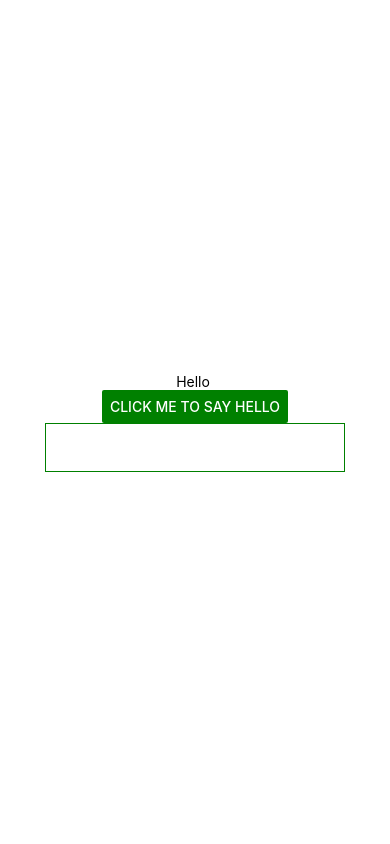
Repository: duongnoob23/WIND_SPEED_IOT
Screen: /
These files come from the project's save history. The screen is drawn as it stood at one moment and after the next save; the edit follows.
The app was drawn by React Native's web renderer in a window 390 px wide. The project was rebuilt for these pictures with package versions that can differ from the ones it lists, and the page was loaded fresh each time.

Above is the screen before, as saved 2025-03-10 15:40:50.

After the next save:
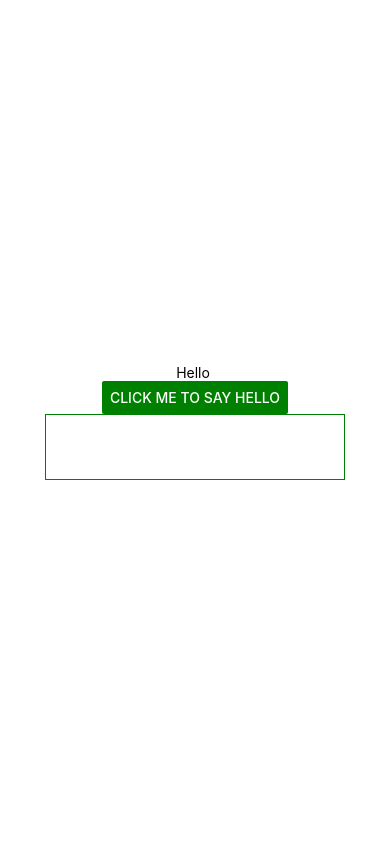
Saved 12 s later.
--- a/App.tsx
+++ b/App.tsx
@@ -20,6 +20,7 @@ export default function App() {
         color="green"
       />
       <TextInput
+        multiline
         style={css.border}
         onChangeText={(e) => setName(e)}
         value={name}
